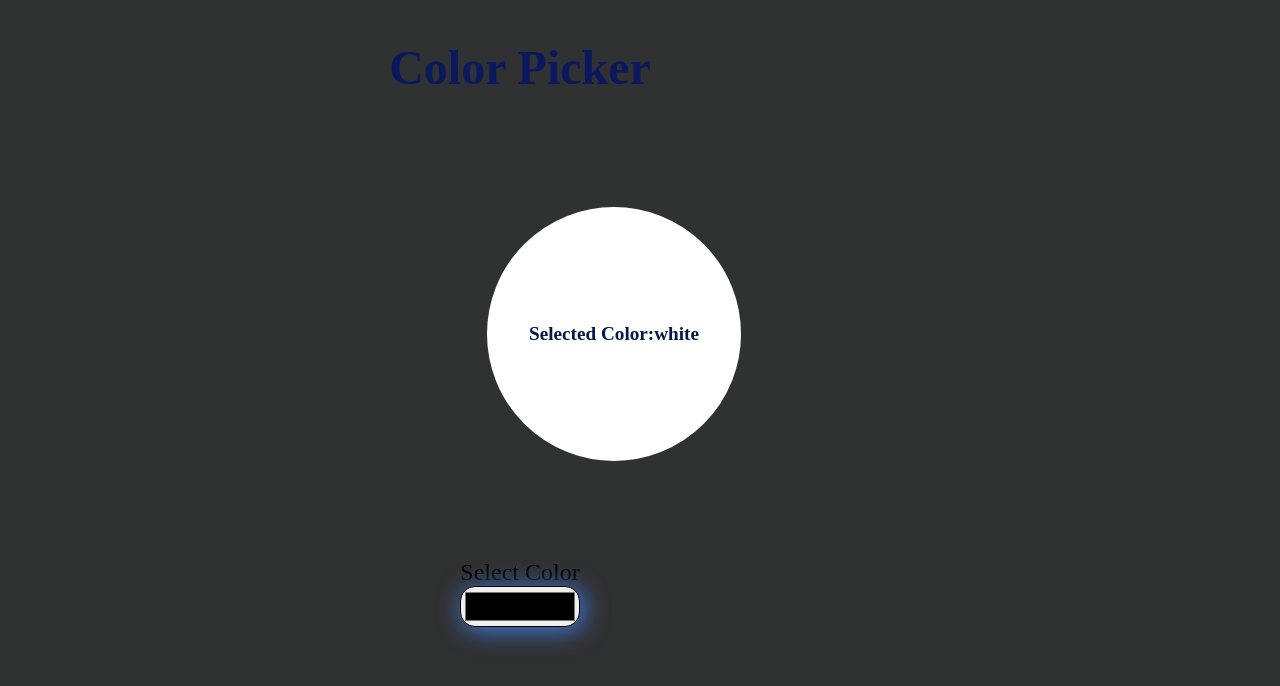
Repository: rkrukshan/Color-Picker--React-
Page: /
The author's editor kept a copy of each file at every save. The page is drawn from the files as they stood at one save, then again after the next save.
The browser window is 1280 px wide. The pictures show the whole page.
The project was rebuilt for these pictures with package versions that can differ from the ones it lists, and the page was loaded fresh each time. Also part of the build but not shown: vite.config.js.

Above is the page before, as saved 2024-07-21 18:57:12.

After the next save:
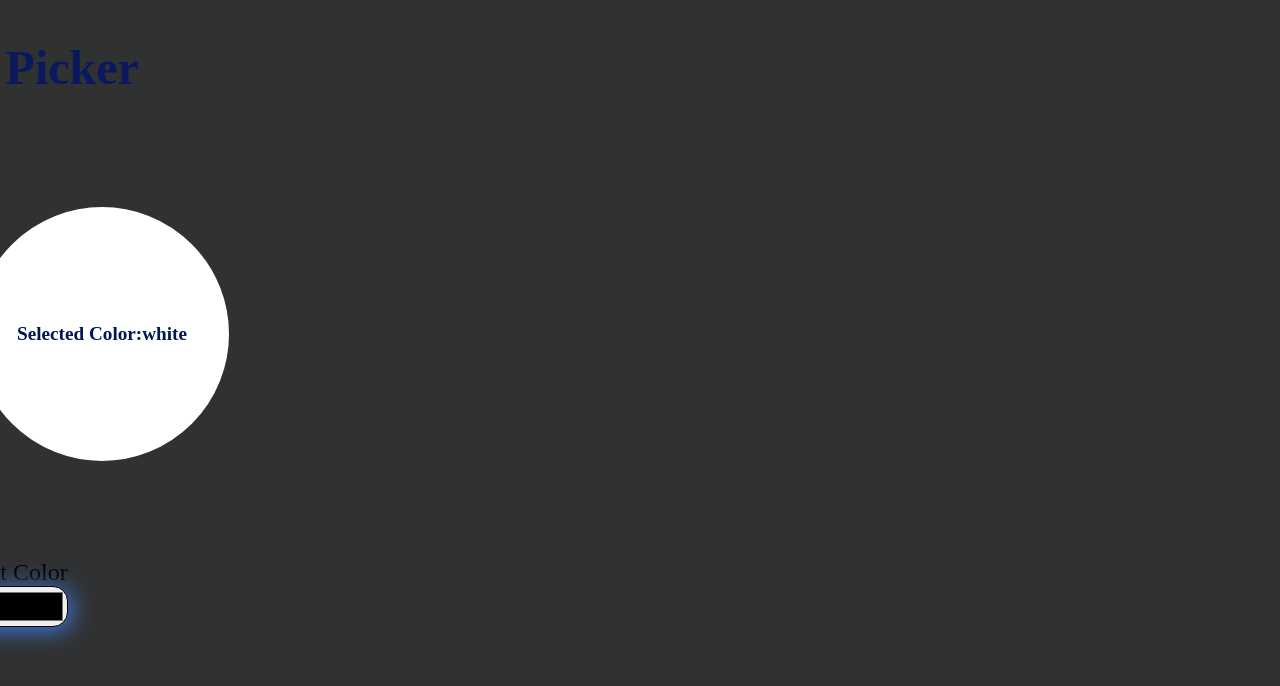
Saved 6 s later.
--- a/src/index.css
+++ b/src/index.css
@@ -6,7 +6,7 @@ body{
   display: grid;
   align-items:center;
   justify-content: center;
-  margin-right: 15em;
+  margin-right: 115em;
 
 }
 .heading {
